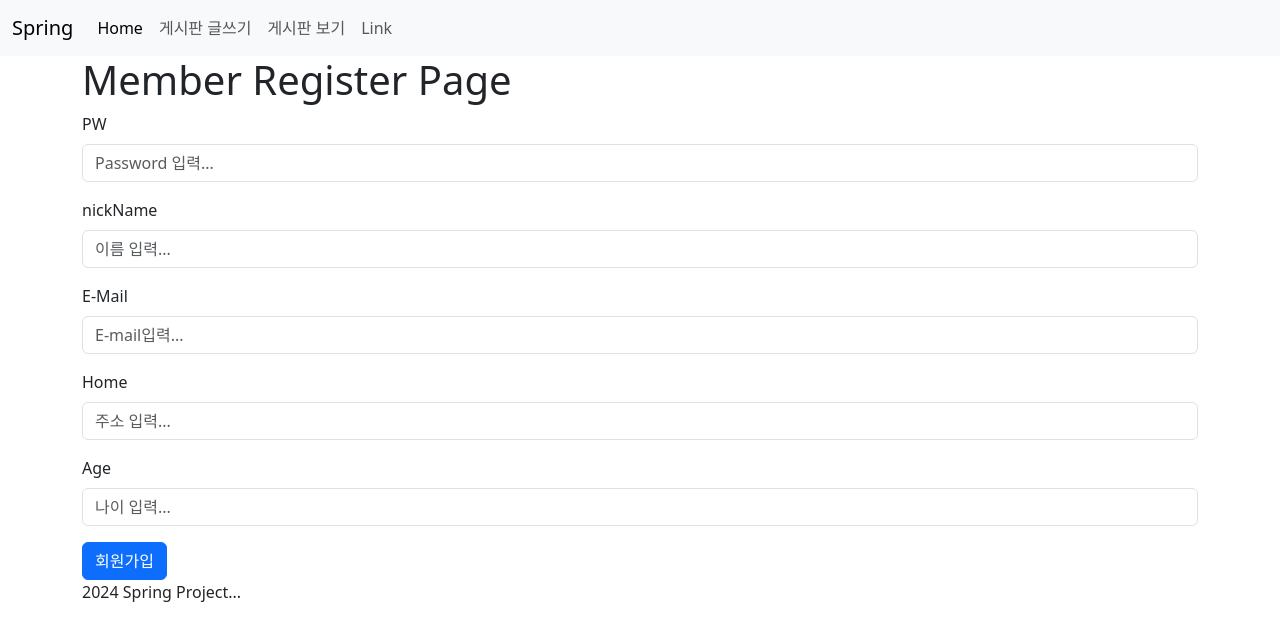
Repository: oco0217/SpringTest2
Page: http://localhost/spring_test2/WEB-INF/views/user/register.jsp
These files come from the project's save history. The page is drawn as it stood at one moment and after a run of saves; the edit follows.
The browser window is 1280 px wide. The pictures show the whole page.
The page is served by Tomcat 9. Nobody is signed in. Other server files are loaded and not shown. The template is opened directly, without the code that normally fills it, so the values that code supplies are empty.

Above is the page before, as saved 2024-05-07 08:35:51.

### spring_test2/src/main/webapp/WEB-INF/views/user/register.jsp
<%@ page language="java" contentType="text/html; charset=UTF-8"
    pageEncoding="UTF-8"%>

    <jsp:include page="../layout/header.jsp" />

<div  class="container-md">
<h1>Member Register Page</h1>

<form action="/user/register" method="post">

<div class="mb-3">
  <label for="p" class="form-label">PW</label>
  <input type="password" class="form-control" id="p" placeholder="Password 입력..." name="pw">
</div>
<div class="mb-3">
  <label for="n" class="form-label">nickName</label>
  <input type="text" class="form-control" id="n" placeholder="이름 입력..." name="name">
</div>
<div class="mb-3">
  <label for="e" class="form-label">E-Mail</label>
  <input type="email" class="form-control" id="e" placeholder="E-mail입력..." name="email">
</div>
<div class="mb-3">
  <label for="h" class="form-label">Home</label>
  <input type="text" class="form-control" id="h" placeholder="주소 입력..." name="home">
</div>
<div class="mb-3">
  <label for="a" class="form-label">Age</label>
  <input type="text" class="form-control" id="a" placeholder="나이 입력..." name="age">
</div>

<button type="submit" class="btn btn-primary">회원가입</button>

</form>

</div>

<jsp:include page="../layout/footer.jsp" />

### spring_test2/src/main/webapp/WEB-INF/views/layout/header.jsp
<%@ page language="java" contentType="text/html; charset=UTF-8"
    pageEncoding="UTF-8"%>
    <%@ taglib uri="http://java.sun.com/jsp/jstl/core" prefix="c" %>
<!DOCTYPE html>
<html>
<head>
<meta charset="UTF-8">
<title>header.jsp</title>
<link href="/re/css/bootstrap.min.css" rel="stylesheet" integrity="sha384-QWTKZyjpPEjISv5WaRU9OFeRpok6YctnYmDr5pNlyT2bRjXh0JMhjY6hW+ALEwIH" crossorigin="anonymous">
<script src="/re/js/bootstrap.bundle.min.js" integrity="sha384-YvpcrYf0tY3lHB60NNkmXc5s9fDVZLESaAA55NDzOxhy9GkcIdslK1eN7N6jIeHz" crossorigin="anonymous"></script>
</head>
<body>
<nav class="navbar navbar-expand-lg bg-body-tertiary">
  <div class="container-fluid">
    <a class="navbar-brand" href="#">Spring</a>
    <button class="navbar-toggler" type="button" data-bs-toggle="collapse" data-bs-target="#navbarSupportedContent" aria-controls="navbarSupportedContent" aria-expanded="false" aria-label="Toggle navigation">
      <span class="navbar-toggler-icon"></span>
    </button>
    <div class="collapse navbar-collapse" id="navbarSupportedContent">
      <ul class="navbar-nav me-auto mb-2 mb-lg-0">
        <li class="nav-item">
          <a class="nav-link active" aria-current="page" href="/">Home</a>
        </li>
        <li class="nav-item">
          <a class="nav-link" href="/board/register">게시판 글쓰기</a>
        </li>
        <li class="nav-item">
          <a class="nav-link" href="/board/list">게시판 보기</a>
        </li>
<%--         <c:if test="${ses eq null }">
        <li class="nav-item">
          <a class="nav-link" href="/member/register">회원가입</a>
        </li>
        <li class="nav-item">
          <a class="nav-link" href="/member/login">로그인</a>
        </li>
        </c:if>
        <c:if test="${ses ne null }">
        <li class="nav-item">
          <a class="nav-link" href="/member/logout">로그아웃</a>
        </li>
        <li class="nav-item">
          <a class="nav-link" href="/member/modify">${ses.id }(${ses.email }) Welcome!!</a>
        </li>
        </c:if> --%>
        <li class="nav-item">
          <a class="nav-link" href="http://www.google.com" target="_blank" >Link</a>
        </li>
      </ul>
    </div>
  </div>
</nav>

### spring_test2/src/main/webapp/WEB-INF/views/layout/footer.jsp
<%@ page language="java" contentType="text/html; charset=UTF-8"
    pageEncoding="UTF-8"%>

<div class="container-md">
2024 Spring Project...
</div>

</body>
</html>

Loaded but not shown: spring_test2/src/main/webapp/resources/css/bootstrap.min.css (library); spring_test2/src/main/webapp/resources/js/bootstrap.bundle.min.js (library)

After the next 2 saves:
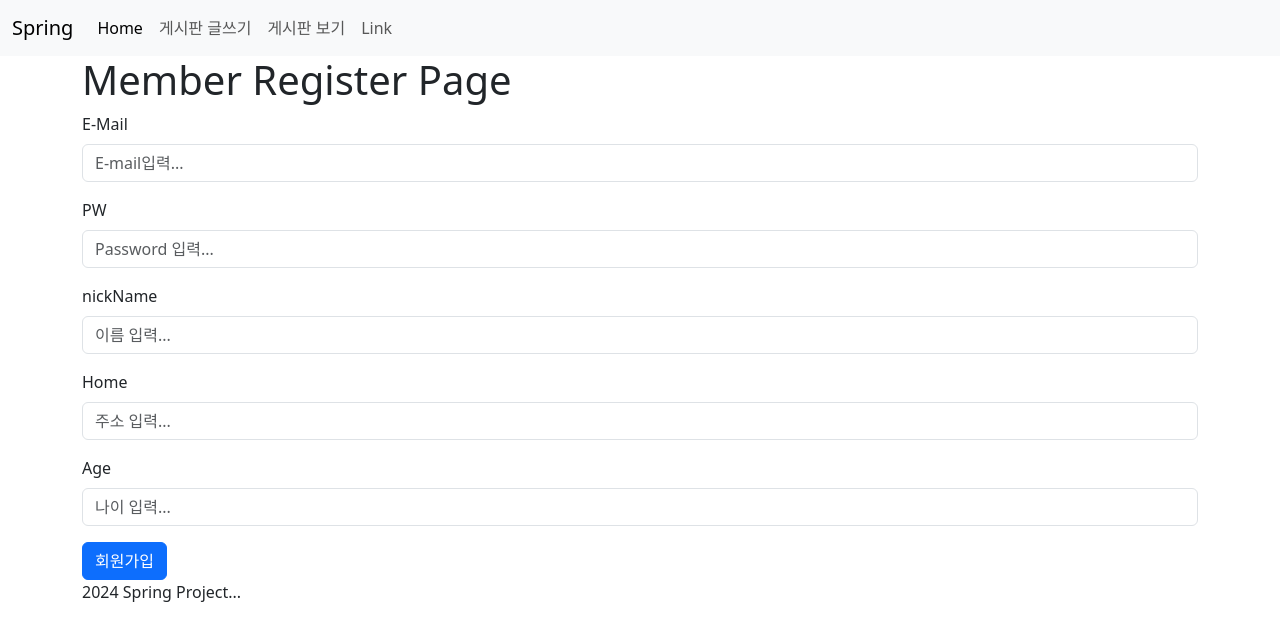
The 2 saves are shown as one change because they came seconds apart.
The last was saved 8 s later.
--- a/spring_test2/src/main/webapp/WEB-INF/views/user/register.jsp
+++ b/spring_test2/src/main/webapp/WEB-INF/views/user/register.jsp
@@ -1,37 +1,37 @@
 <%@ page language="java" contentType="text/html; charset=UTF-8"
-    pageEncoding="UTF-8"%>
+	pageEncoding="UTF-8"%>
 
-    <jsp:include page="../layout/header.jsp" />
+<jsp:include page="../layout/header.jsp" />
 
-<div  class="container-md">
-<h1>Member Register Page</h1>
+<div class="container-md">
+	<h1>Member Register Page</h1>
 
-<form action="/user/register" method="post">
+	<form action="/user/register" method="post">
 
-<div class="mb-3">
-  <label for="p" class="form-label">PW</label>
-  <input type="password" class="form-control" id="p" placeholder="Password 입력..." name="pw">
-</div>
-<div class="mb-3">
-  <label for="n" class="form-label">nickName</label>
-  <input type="text" class="form-control" id="n" placeholder="이름 입력..." name="name">
-</div>
-<div class="mb-3">
-  <label for="e" class="form-label">E-Mail</label>
-  <input type="email" class="form-control" id="e" placeholder="E-mail입력..." name="email">
-</div>
-<div class="mb-3">
-  <label for="h" class="form-label">Home</label>
-  <input type="text" class="form-control" id="h" placeholder="주소 입력..." name="home">
-</div>
-<div class="mb-3">
-  <label for="a" class="form-label">Age</label>
-  <input type="text" class="form-control" id="a" placeholder="나이 입력..." name="age">
-</div>
+		<div class="mb-3">
+			<label for="e" class="form-label">E-Mail</label> <input type="email"
+				class="form-control" id="e" placeholder="E-mail입력..." name="email">
+		</div>
+		<div class="mb-3">
+			<label for="p" class="form-label">PW</label> <input type="password"
+				class="form-control" id="p" placeholder="Password 입력..." name="pw">
+		</div>
+		<div class="mb-3">
+			<label for="n" class="form-label">nickName</label> <input type="text"
+				class="form-control" id="n" placeholder="이름 입력..." name="name">
+		</div>
+		<div class="mb-3">
+			<label for="h" class="form-label">Home</label> <input type="text"
+				class="form-control" id="h" placeholder="주소 입력..." name="home">
+		</div>
+		<div class="mb-3">
+			<label for="a" class="form-label">Age</label> <input type="text"
+				class="form-control" id="a" placeholder="나이 입력..." name="age">
+		</div>
 
-<button type="submit" class="btn btn-primary">회원가입</button>
+		<button type="submit" class="btn btn-primary">회원가입</button>
 
-</form>
+	</form>
 
 </div>
 
